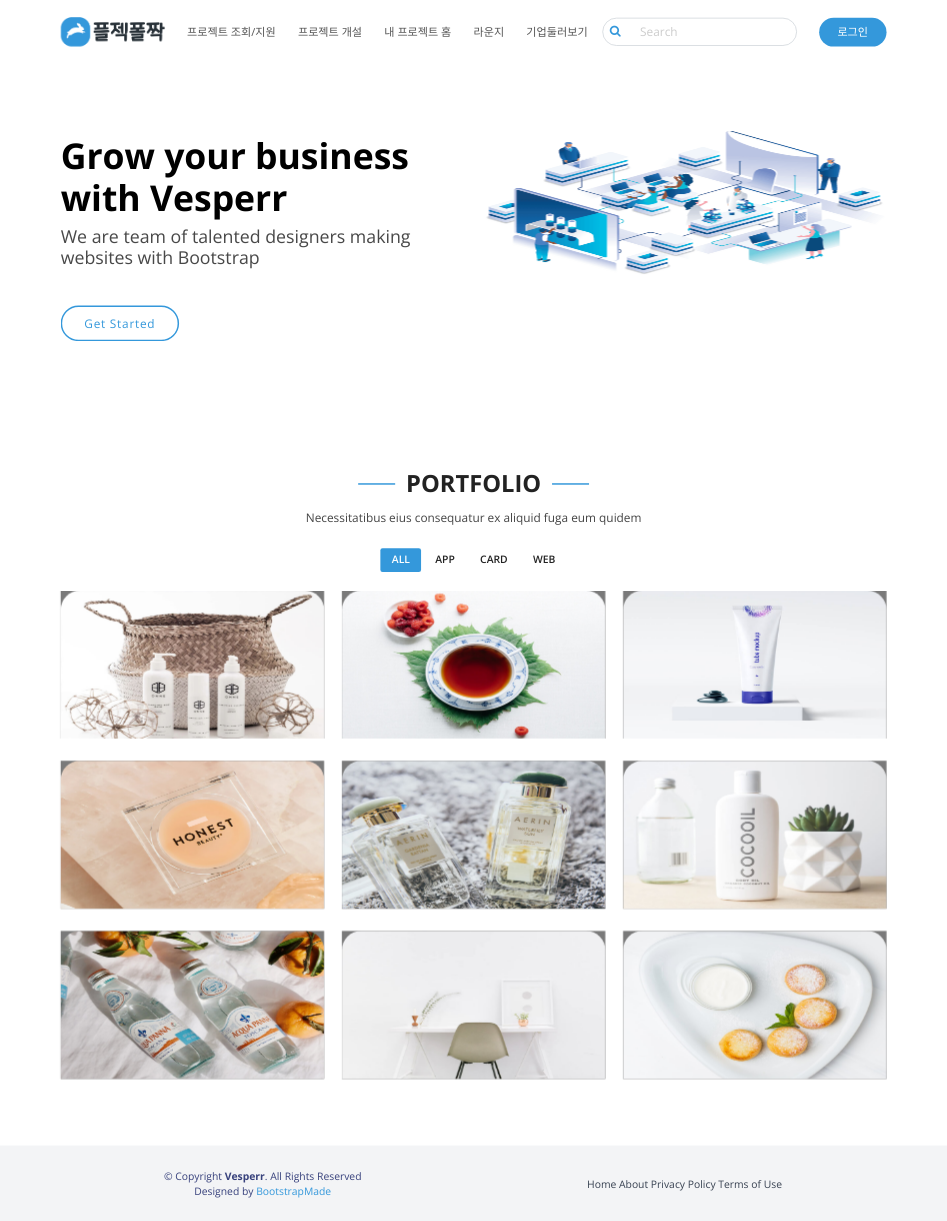
Repository: POLLJJAK/POLLJJAK
Page: http://localhost/POLLJJAK/U-main.jsp
The author's editor kept a copy of each file at every save. The page is drawn from the files as they stood at one save, then again after the next save.
The browser window is 1280 px wide. The pictures show the whole page, at 74% of full size.
Some web fonts or font styles are not loaded; a fallback is used. Some web libraries are served in a nearby version. The page is served by Tomcat 9. Other server files are loaded and not shown.

Above is the page before, as saved 2022-12-18 09:49:42.

### POLLJJAK/WebContent/U-main.jsp
<%@ page language="java" contentType="text/html; charset=UTF-8" pageEncoding="UTF-8"%>
<%@ taglib uri="http://java.sun.com/jsp/jstl/fmt" prefix="fmt" %>
<%@ taglib uri="http://java.sun.com/jsp/jstl/core" prefix="c" %>
<%@ taglib uri="http://java.sun.com/jsp/jstl/functions" prefix="fn" %>
<%
	request.setCharacterEncoding("UTF-8");
	String cp = request.getContextPath();
%>

<!DOCTYPE html>
<html lang="en">

<!-- head import (css imported)-->
<c:import url="./common/Head.jsp" />

<body>

<c:import url="./common/Nav.jsp" />

<!-- section import -->
<c:import url="./U-main-contents.jsp" />


<!-- footer import (js imported)-->
<c:import url="./common/Footer.jsp" />

</body>

### POLLJJAK/WebContent/common/Head.jsp
<%@ page language="java" contentType="text/html; charset=UTF-8" pageEncoding="UTF-8"%>
<%@ taglib uri="http://java.sun.com/jsp/jstl/fmt" prefix="fmt" %>
<%@ taglib uri="http://java.sun.com/jsp/jstl/core" prefix="c" %>
<%@ taglib uri="http://java.sun.com/jsp/jstl/functions" prefix="fn" %>
<%
   request.setCharacterEncoding("UTF-8");
   String cp = request.getContextPath();
%>
<%
	response.setHeader("Cache-Control", "no-cache, no-store, must-revalidate"); // HTTP 1.1.
	response.setHeader("Pragma", "no-cache"); // HTTP 1.0.
	response.setHeader("Expires", "0"); // Proxies.
%>
<!DOCTYPE html>
<html lang="ko">
<head>
    <meta charset="UTF-8">
    <meta content="width=device-width, initial-scale=1.0" name="viewport">

    <title>플젝폴짝 : 개발자 프로젝트 모집 관리 플랫폼</title>
    <meta content="" name="description">
    <meta content="" name="keywords">

   <!-- 부트스트랩 템플릿 관련 스타일 -->
    <!-- Favicons -->
    <link href="assets/img/pol-favicon.png" rel="icon">
    <link href="assets/img/apple-touch-icon.png" rel="apple-touch-icon">

     <!-- Fontawesome -->
     <link rel="stylesheet" href="https://cdnjs.cloudflare.com/ajax/libs/font-awesome/4.7.0/css/font-awesome.css">

     <!-- Jquery CDN -->
     <script type="text/javascript" src="http://code.jquery.com/jquery.min.js"></script>

    <!-- Google Fonts -->
    <link href="https://fonts.googleapis.com/css?family=Open+Sans:300,300i,400,400i,600,600i,700,700i|Raleway:300,300i,400,400i,500,500i,600,600i,700,700i|Poppins:300,300i,400,400i,500,500i,600,600i,700,700i" rel="stylesheet">

     <!-- Calendar -->
     <!-- calendar.css 보다 윗 줄에 작성되어야 함 -->
     <script type="text/javascript" src="https://ajax.googleapis.com/ajax/libs/jquery/1.12.1/jquery.min.js"></script>
   <link type="text/css" href="https://ajax.googleapis.com/ajax/libs/jqueryui/1.12.1/themes/base/jquery-ui.css" rel="stylesheet" />
   <script type="text/javascript" src="https://ajax.googleapis.com/ajax/libs/jqueryui/1.12.1/jquery-ui.min.js"></script>

    <!-- Vendor CSS Files -->
    <link href="assets/vendor/aos/aos.css" rel="stylesheet">
    <link href="assets/vendor/bootstrap/css/bootstrap.min.css" rel="stylesheet">
    <link href="assets/vendor/bootstrap-icons/bootstrap-icons.css" rel="stylesheet">
    <link href="assets/vendor/boxicons/css/boxicons.min.css" rel="stylesheet">
    <link href="assets/vendor/glightbox/css/glightbox.min.css" rel="stylesheet">
    <link href="assets/vendor/remixicon/remixicon.css" rel="stylesheet">
    <link href="assets/vendor/swiper/swiper-bundle.min.css" rel="stylesheet">
   <!-- END OF 부트스트랩 템플릿 관련 라이브러리 -->

   <!-- 공통사용 스타일 -->
    <link href="resources/common/css/fileUpload.css" rel="stylesheet">
    <link href="resources/common/css/checkbox.css" rel="stylesheet">
    <link href="resources/common/css/radioBtn.css" rel="stylesheet">

    <!-- jquery-ui.css 파일호출(calendar.css) 보다 아래에 있어야 합니다 -->
	<link href="resources/common/css/calendar.css" rel="stylesheet">

    <!-- Template Main CSS File -->
    <link href="assets/css/style.css" rel="stylesheet">

    <!-- =======================================================
    * Template Name: Vesperr - v4.9.1
    * Template URL: https://bootstrapmade.com/vesperr-free-bootstrap-template/
    * Author: BootstrapMade.com
    * License: https://bootstrapmade.com/license/
    ======================================================== -->

</head>

### POLLJJAK/WebContent/U-main-contents.jsp
<%@ page language="java" contentType="text/html; charset=UTF-8" pageEncoding="UTF-8"%>
<%@ taglib uri="http://java.sun.com/jsp/jstl/fmt" prefix="fmt" %>
<%@ taglib uri="http://java.sun.com/jsp/jstl/core" prefix="c" %>
<%@ taglib uri="http://java.sun.com/jsp/jstl/functions" prefix="fn" %>

<!-- ======= Hero Section ======= -->
<section id="hero" class="d-flex align-items-center">

    <div class="container">
        <div class="row">
            <div class="col-lg-6 pt-5 pt-lg-0 order-2 order-lg-1 d-flex flex-column justify-content-center">
                <h1 data-aos="fade-up">Grow your business with Vesperr</h1>
                <h2 data-aos="fade-up" data-aos-delay="400">We are team of talented designers making websites with
                    Bootstrap</h2>
                <div data-aos="fade-up" data-aos-delay="800">
                    <a href="#about" class="btn-get-started scrollto">Get Started</a>
                </div>
            </div>
            <div class="col-lg-6 order-1 order-lg-2 hero-img" data-aos="fade-left" data-aos-delay="200">
                <img src="assets/img/hero-img.png" class="img-fluid animated" alt="">
            </div>
        </div>
    </div>

</section><!-- End Hero -->

<!-- ======= Portfolio Section ======= -->
<section id="portfolio" class="portfolio">
    <div class="container">

        <div class="section-title" data-aos="fade-up">
            <h2>Portfolio</h2>
            <p>Necessitatibus eius consequatur ex aliquid fuga eum quidem</p>
        </div>

        <div class="row" data-aos="fade-up" data-aos-delay="200">
            <div class="col-lg-12 d-flex justify-content-center">
                <ul id="portfolio-flters">
                    <li data-filter="*" class="filter-active">All</li>
                    <li data-filter=".filter-app">App</li>
                    <li data-filter=".filter-card">Card</li>
                    <li data-filter=".filter-web">Web</li>
                </ul>
            </div>
        </div>

        <div class="row portfolio-container" data-aos="fade-up" data-aos-delay="400">

            <div class="col-lg-4 col-md-6 portfolio-item filter-app">
                <div class="portfolio-wrap">
                    <img src="assets/img/portfolio/portfolio-1.jpg" class="img-fluid" alt="">
                    <div class="portfolio-info">
                        <h4>App 1</h4>
                        <p>App</p>
                        <div class="portfolio-links">
                            <a href="assets/img/portfolio/portfolio-1.jpg" data-gallery="portfolioGallery"
                                class="portfolio-lightbox" title="App 1"><i class="bx bx-plus"></i></a>
                            <a href="portfolio-details.html" title="More Details"><i class="bx bx-link"></i></a>
                        </div>
                    </div>
                </div>
            </div>

            <div class="col-lg-4 col-md-6 portfolio-item filter-web">
                <div class="portfolio-wrap">
                    <img src="assets/img/portfolio/portfolio-2.jpg" class="img-fluid" alt="">
                    <div class="portfolio-info">
                        <h4>Web 3</h4>
                        <p>Web</p>
                        <div class="portfolio-links">
                            <a href="assets/img/portfolio/portfolio-2.jpg" data-gallery="portfolioGallery"
                                class="portfolio-lightbox" title="Web 3"><i class="bx bx-plus"></i></a>
                            <a href="portfolio-details.html" title="More Details"><i class="bx bx-link"></i></a>
                        </div>
                    </div>
                </div>
            </div>

            <div class="col-lg-4 col-md-6 portfolio-item filter-app">
                <div class="portfolio-wrap">
                    <img src="assets/img/portfolio/portfolio-3.jpg" class="img-fluid" alt="">
                    <div class="portfolio-info">
                        <h4>App 2</h4>
                        <p>App</p>
                        <div class="portfolio-links">
                            <a href="assets/img/portfolio/portfolio-3.jpg" data-gallery="portfolioGallery"
                                class="portfolio-lightbox" title="App 2"><i class="bx bx-plus"></i></a>
                            <a href="portfolio-details.html" title="More Details"><i class="bx bx-link"></i></a>
                        </div>
                    </div>
                </div>
            </div>

            <div class="col-lg-4 col-md-6 portfolio-item filter-card">
                <div class="portfolio-wrap">
                    <img src="assets/img/portfolio/portfolio-4.jpg" class="img-fluid" alt="">
                    <div class="portfolio-info">
                        <h4>Card 2</h4>
                        <p>Card</p>
                        <div class="portfolio-links">
                            <a href="assets/img/portfolio/portfolio-4.jpg" data-gallery="portfolioGallery"
                                class="portfolio-lightbox" title="Card 2"><i class="bx bx-plus"></i></a>
                            <a href="portfolio-details.html" title="More Details"><i class="bx bx-link"></i></a>
                        </div>
                    </div>
                </div>
            </div>

            <div class="col-lg-4 col-md-6 portfolio-item filter-web">
                <div class="portfolio-wrap">
                    <img src="assets/img/portfolio/portfolio-5.jpg" class="img-fluid" alt="">
                    <div class="portfolio-info">
                        <h4>Web 2</h4>
                        <p>Web</p>
                        <div class="portfolio-links">
                            <a href="assets/img/portfolio/portfolio-5.jpg" data-gallery="portfolioGallery"
                                class="portfolio-lightbox" title="Web 2"><i class="bx bx-plus"></i></a>
                            <a href="portfolio-details.html" title="More Details"><i class="bx bx-link"></i></a>
                        </div>
                    </div>
                </div>
            </div>

            <div class="col-lg-4 col-md-6 portfolio-item filter-app">
                <div class="portfolio-wrap">
                    <img src="assets/img/portfolio/portfolio-6.jpg" class="img-fluid" alt="">
                    <div class="portfolio-info">
                        <h4>App 3</h4>
                        <p>App</p>
                        <div class="portfolio-links">
                            <a href="assets/img/portfolio/portfolio-6.jpg" data-gallery="portfolioGallery"
                                class="portfolio-lightbox" title="App 3"><i class="bx bx-plus"></i></a>
                            <a href="portfolio-details.html" title="More Details"><i class="bx bx-link"></i></a>
                        </div>
                    </div>
                </div>
            </div>

            <div class="col-lg-4 col-md-6 portfolio-item filter-card">
                <div class="portfolio-wrap">
                    <img src="assets/img/portfolio/portfolio-7.jpg" class="img-fluid" alt="">
                    <div class="portfolio-info">
                        <h4>Card 1</h4>
                        <p>Card</p>
                        <div class="portfolio-links">
                            <a href="assets/img/portfolio/portfolio-7.jpg" data-gallery="portfolioGallery"
                                class="portfolio-lightbox" title="Card 1"><i class="bx bx-plus"></i></a>
                            <a href="portfolio-details.html" title="More Details"><i class="bx bx-link"></i></a>
                        </div>
                    </div>
                </div>
            </div>

            <div class="col-lg-4 col-md-6 portfolio-item filter-card">
                <div class="portfolio-wrap">
                    <img src="assets/img/portfolio/portfolio-8.jpg" class="img-fluid" alt="">
                    <div class="portfolio-info">
                        <h4>Card 3</h4>
                        <p>Card</p>
                        <div class="portfolio-links">
                            <a href="assets/img/portfolio/portfolio-8.jpg" data-gallery="portfolioGallery"
                                class="portfolio-lightbox" title="Card 3"><i class="bx bx-plus"></i></a>
                            <a href="portfolio-details.html" title="More Details"><i class="bx bx-link"></i></a>
                        </div>
                    </div>
                </div>
            </div>

            <div class="col-lg-4 col-md-6 portfolio-item filter-web">
                <div class="portfolio-wrap">
                    <img src="assets/img/portfolio/portfolio-9.jpg" class="img-fluid" alt="">
                    <div class="portfolio-info">
                        <h4>Web 3</h4>
                        <p>Web</p>
                        <div class="portfolio-links">
                            <a href="assets/img/portfolio/portfolio-9.jpg" data-gallery="portfolioGallery"
                                class="portfolio-lightbox" title="Web 3"><i class="bx bx-plus"></i></a>
                            <a href="portfolio-details.html" title="More Details"><i class="bx bx-link"></i></a>
                        </div>
                    </div>
                </div>
            </div>

        </div>

    </div>
</section><!-- End Portfolio Section -->

### POLLJJAK/WebContent/common/Footer.jsp
<%@ page language="java" contentType="text/html; charset=UTF-8" pageEncoding="UTF-8"%>
<%@ taglib uri="http://java.sun.com/jsp/jstl/fmt" prefix="fmt" %>
<%@ taglib uri="http://java.sun.com/jsp/jstl/core" prefix="c" %>
<%@ taglib uri="http://java.sun.com/jsp/jstl/functions" prefix="fn" %>

  <!-- ======= Footer ======= -->
  <footer id="footer">
    <div class="container">
      <div class="row d-flex align-items-center">
        <div class="col-lg-6 text-lg-left text-center">
          <div class="copyright">
            &copy; Copyright <strong>Vesperr</strong>. All Rights Reserved
          </div>
          <div class="credits">
            <!-- All the links in the footer should remain intact. -->
            <!-- You can delete the links only if you purchased the pro version. -->
            <!-- Licensing information: https://bootstrapmade.com/license/ -->
            <!-- Purchase the pro version with working PHP/AJAX contact form: https://bootstrapmade.com/vesperr-free-bootstrap-template/ -->
            Designed by <a href="https://bootstrapmade.com/">BootstrapMade</a>
          </div>
        </div>
        <div class="col-lg-6">
          <nav class="footer-links text-lg-right text-center pt-2 pt-lg-0">
            <a href="#intro" class="scrollto">Home</a>
            <a href="#about" class="scrollto">About</a>
            <a href="#">Privacy Policy</a>
            <a href="#">Terms of Use</a>
          </nav>
        </div>
      </div>
    </div>
  </footer><!-- End Footer -->

  <a href="#" class="back-to-top d-flex align-items-center justify-content-center"><i class="bi bi-arrow-up-short"></i></a>

  <!-- Vendor JS Files -->
  <script src="assets/vendor/purecounter/purecounter_vanilla.js"></script>
  <script src="assets/vendor/aos/aos.js"></script>
  <script src="assets/vendor/bootstrap/js/bootstrap.bundle.min.js"></script>
  <script src="assets/vendor/glightbox/js/glightbox.min.js"></script>
  <script src="assets/vendor/isotope-layout/isotope.pkgd.min.js"></script>
  <script src="assets/vendor/swiper/swiper-bundle.min.js"></script>

  <!-- Template Main JS File -->
  <script src="assets/js/main.js"></script>

### POLLJJAK/WebContent/resources/common/css/fileUpload.css
#root {
  width: 100%;
  max-width: 800px;
}

.title {
  text-align: center;
}

.contents {
  display: flex;
  flex-direction: row;
  /* margin-top: 30px; */
}
.contents .upload-box {
  width: 100%;
  margin-right: 30px;
  display: flex;
  flex-direction: column;
  justify-content: center;
  /* align-items: center; */
}

.contents .upload-box .drag-file {
  position: relative;
  width: 100%;
  height: 360px;
  display: flex;
  flex-direction: column;
  justify-content: center;
  align-items: center;
  border: 3px dashed #dbdbdb;
}
.contents .upload-box .drag-file.highlight {
  border: 3px dashed red;
}
.contents .upload-box .drag-file .image {
  width: 40px;
}
.contents .upload-box .drag-file .message {
  margin-bottom: 0;
}
.contents .upload-box .drag-file .preview {
  display: none;
  position: absolute;
  left: 0;
  height: 0;
  width: 100%;
  height: 100%;
}
.contents .upload-box .file-label {
  margin-top: 20px;
  background-color: #3498db;
  color: #fff;
  text-align: center;
  padding: 10px 0;
  width: 65%;
  border-radius: 6px;
  cursor: pointer;
}
.contents .upload-box .file {
  display: none;
}

@media (max-width: 700px) {
  .contents {
    display: flex;
    flex-direction: column;
    margin-top: 30px;
  }
  .contents .upload-box {
    width: 100%;
    box-sizing: border-box;
    margin-right: 0;
  }
  .contents .upload-box .drag-file {
    height: 150px;
  }
  .contents .files {
    width: 100%;
    box-sizing: border-box;
    margin-right: 0;
    overflow: initial;
  }
}

### POLLJJAK/WebContent/resources/common/css/checkbox.css
input[type="checkbox"]
{
	position: absolute;
	left: -3000%;
}

input[type="checkbox"] + label
{
	position:relative;
	margin-right: 15px;
}

input[type="checkbox"] + label:before
{
	content:"";
	display: inline-block;
	margin:0 4px 0 0;
	width: 20px;
	height: 20px;
	border: 1px solid #A6A6A6;
	position:relative;
	top: 4px;
	border-radius:3px;
	transition:all 0.5s;
}

input[type="checkbox"]:checked + label:before
{
	background: #3498db;
	border-color: #3498db;

}

input[type="checkbox"] + label:after
{
	content:"";
	position:absolute;
	left:0;
	top:0;
	background:url('check.png') no-repeat center;
	width:22px;
	height:22px;
	background-size:0 auto;
}

input[type="checkbox"]:checked + label:after
{
	background-size:12px auto;
}

input[type="checkbox"]:checked + label
{
	font-weight:bold;
}

### POLLJJAK/WebContent/resources/common/css/radioBtn.css
.radioBtn input[type=radio]
{
    display: none;
}

.radioBtn input[type=radio] + label
{
    display: inline-block;
    cursor: pointer;
    height: 24px;
    width: 90px;
    border: 1px solid #A6A6A6;
    border-radius:3px;
    line-height: 24px;
    text-align: center;
    font-size:13px;
    transition:all 0.5s;
    background-color: #fff;
    color: #333;
}

.radioBtn input[type=radio]:checked + label
{
    background-color: #3498db;
    color: #fff;
    border: 1px solid #3498db;
	font-weight:bold;
}

### POLLJJAK/WebContent/resources/common/css/calendar.css
.ui-widget-header {
border: 0px solid #dddddd;
background: #fff;
}

.ui-datepicker-calendar>thead>tr>th {
font-size: 14px !important;
}

.ui-datepicker .ui-datepicker-header {
position: relative;
padding: 10px 0;
}

.ui-state-default, .ui-widget-content .ui-state-default, .ui-widget-header .ui-state-default, .ui-button, html .ui-button.ui-state-disabled:hover, html .ui-button.ui-state-disabled:active {
border: 0px solid #c5c5c5;
background-color: transparent;
font-weight: normal;
color: #454545;
text-align: center;
}

.ui-datepicker .ui-datepicker-title {
margin: 0 0em;
line-height: 16px;
text-align: center;
font-size: 14px;
padding: 0px;
font-weight: bold;
}

.ui-datepicker {
display: none;
background-color: #fff;
border-radius: 4px;
margin-top: 10px;
margin-left: 0px;
margin-right: 0px;
padding: 20px;
padding-bottom: 10px;
width: 300px;
box-shadow: 10px 10px 40px rgba(0,0,0,0.1);
}

.ui-widget.ui-widget-content {
    border: 1px solid #eee;
}

#datepicker:focus>.ui-datepicker {
display: block;
}

.ui-datepicker-prev,
.ui-datepicker-next {
cursor: pointer;
}

.ui-datepicker-next {
float: right;
}

.ui-state-disabled {
cursor: auto;
color: hsla(0, 0%, 80%, 1);
}

.ui-datepicker-title {
text-align: center;
padding: 10px;
font-weight: 100;
font-size: 20px;
}

.ui-datepicker-calendar {
width: 100%;
}

.ui-datepicker-calendar>thead>tr>th {
padding: 5px;
font-size: 20px;
font-weight: 400;
}


.ui-datepicker-calendar>tbody>tr>td>a {
color: #000;
font-size: 12px !important;
font-weight: bold !important;
text-decoration: none;

}


.ui-datepicker-calendar>tbody>tr>.ui-state-disabled:hover {
cursor: auto;
background-color: #fff;
}

.ui-datepicker-calendar>tbody>tr>td {
    border-radius: 100%;
    width: 44px;
    height: 30px;
    cursor: pointer;
    padding: 5px;
    font-weight: 100;
    text-align: center;
    font-size: 12px;
}

.ui-datepicker-calendar>tbody>tr>td:hover {
    background-color: transparent;
    opacity: 0.6;
}

.ui-state-hover,
.ui-widget-content .ui-state-hover,
.ui-widget-header .ui-state-hover,
.ui-state-focus,
.ui-widget-content .ui-state-focus,
.ui-widget-header .ui-state-focus,
.ui-button:hover,
.ui-button:focus {
border: 0px solid #cccccc;
background-color: transparent;
font-weight: normal;
color: #2b2b2b;
}

.ui-widget-header .ui-icon {
background-image: url('./calendar.png');
}

.ui-icon-circle-triangle-e {
background-position: -20px 0px;
background-size: 36px;
}

.ui-icon-circle-triangle-w {
background-position: -0px -0px;
background-size: 36px;
}

.ui-datepicker-calendar>tbody>tr>td:first-child a{
color: red !important;
}

.ui-datepicker-calendar>tbody>tr>td:last-child a{
color: #0099ff !important;
}

.ui-datepicker-calendar>thead>tr>th:first-child {
    color: red !important;
}

.ui-datepicker-calendar>thead>tr>th:last-child {
    color: #0099ff !important;
}

.ui-state-highlight, .ui-widget-content .ui-state-highlight, .ui-widget-header .ui-state-highlight {
    border: 0px;
    background: #f1f1f1;
    border-radius: 50%;
    padding-top: 10px;
    padding-bottom: 10px;
}


.inp {padding:10px 10px; background-color:#f1f1f1; border-radius:4px; border:0px;}
.inp:focus {outline:none; background-color:#eee;}

Loaded but not shown: POLLJJAK/WebContent/assets/js/main.js (262 lines, source omitted); POLLJJAK/WebContent/assets/css/style.css (1826 lines, source omitted); POLLJJAK/WebContent/common/Nav.jsp (196 lines, source omitted)

After the next save:
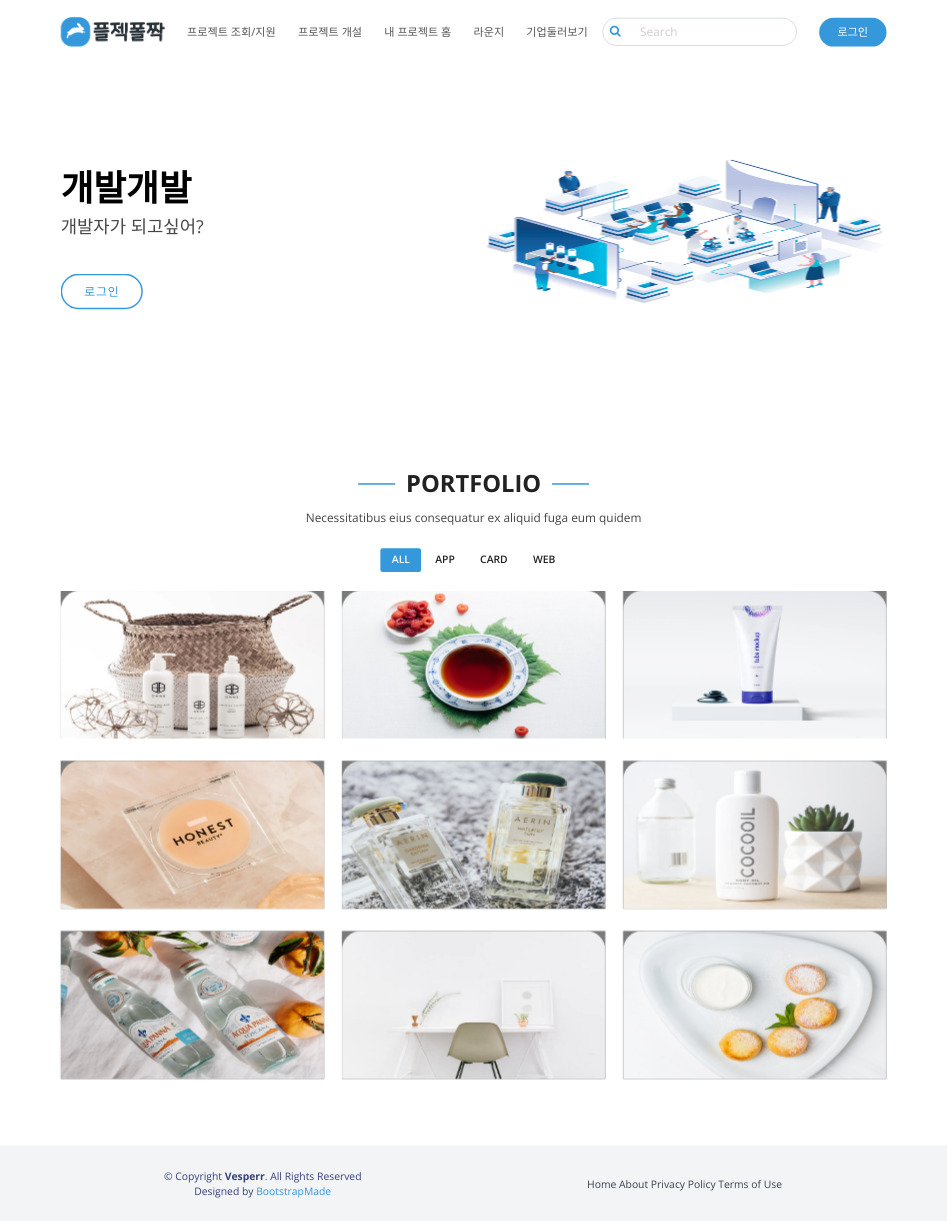
Saved 56 s later.
--- a/POLLJJAK/WebContent/U-main-contents.jsp
+++ b/POLLJJAK/WebContent/U-main-contents.jsp
@@ -9,11 +9,10 @@
     <div class="container">
         <div class="row">
             <div class="col-lg-6 pt-5 pt-lg-0 order-2 order-lg-1 d-flex flex-column justify-content-center">
-                <h1 data-aos="fade-up">Grow your business with Vesperr</h1>
-                <h2 data-aos="fade-up" data-aos-delay="400">We are team of talented designers making websites with
-                    Bootstrap</h2>
+                <h1 data-aos="fade-up">개발개발</h1>
+                <h2 data-aos="fade-up" data-aos-delay="400">개발자가 되고싶어?</h2>
                 <div data-aos="fade-up" data-aos-delay="800">
-                    <a href="#about" class="btn-get-started scrollto">Get Started</a>
+                    <a href="#about" class="btn-get-started scrollto">로그인</a>
                 </div>
             </div>
             <div class="col-lg-6 order-1 order-lg-2 hero-img" data-aos="fade-left" data-aos-delay="200">
